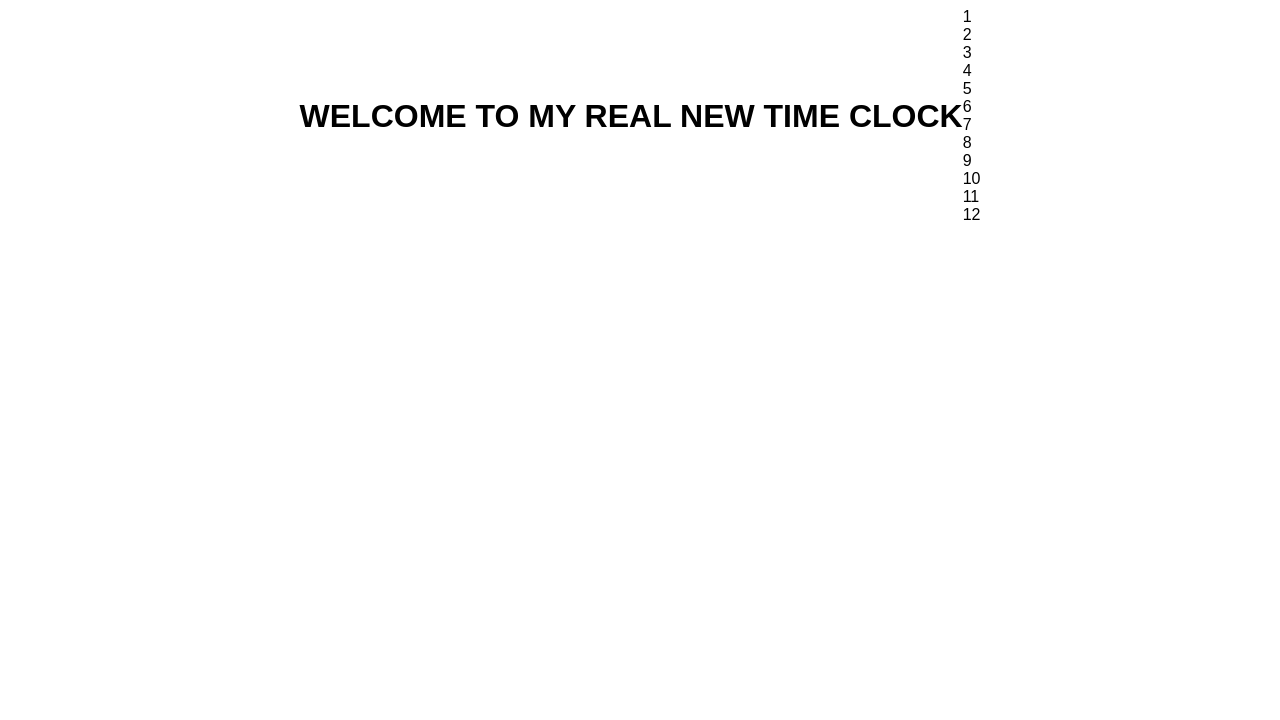
Repository: changkuothpur/create-my-watch
Page: watch.html
These files come from the project's save history. The page is drawn as it stood at one moment and after the next save; the edit follows.
The browser window is 1280 px wide. The pictures show the whole page.

Above is the page before, as saved 2024-04-25 13:43:51.
Console error: TypeError: Cannot read properties of null (reading 'style')

After the next save:
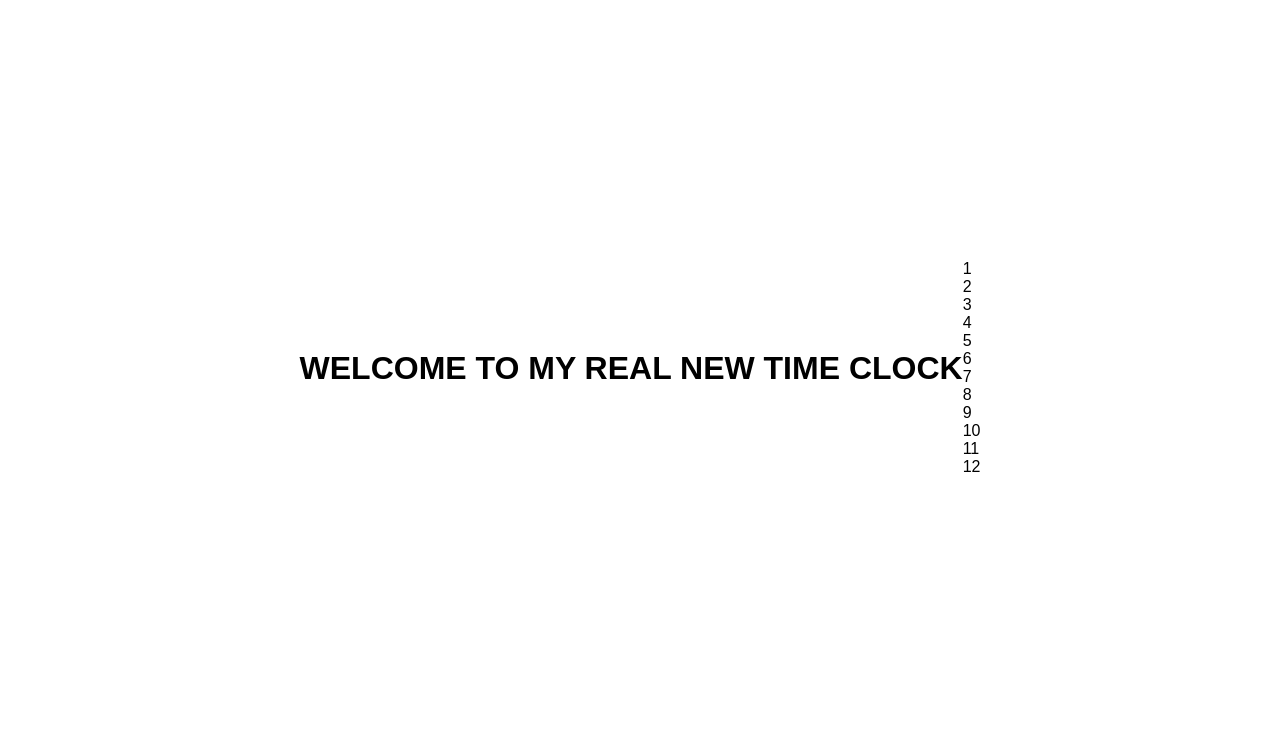
Saved 4 s later.
--- a/watch.css
+++ b/watch.css
@@ -8,5 +8,5 @@ body{
     display: flex;
     justify-content: center;
     align-items: center;
-    min-height: 100;
+    min-height: 100vh;
 }
